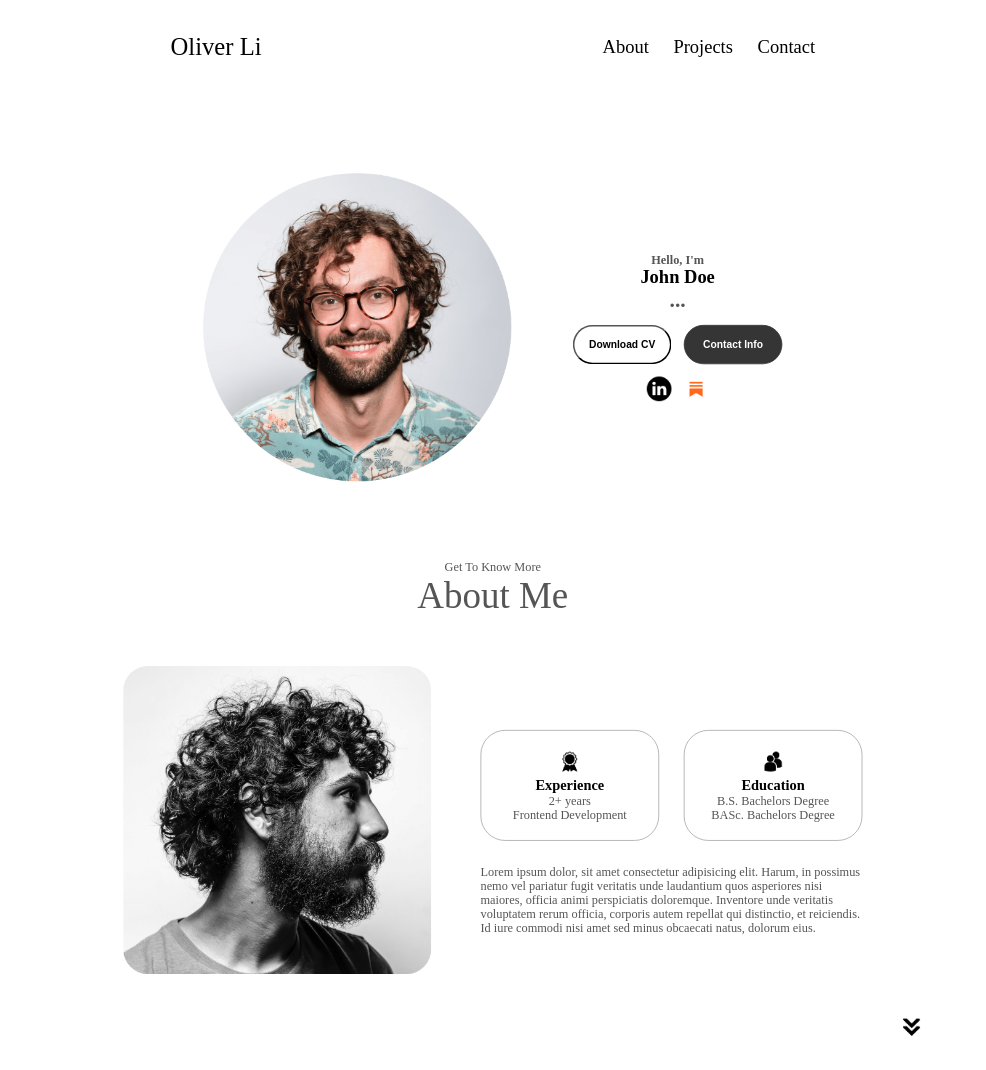
Repository: oliverli1728/portfolio
Page: index.html
The author's editor kept a copy of each file at every save. The page is drawn from the files as they stood at one save, then again after the next save.
The browser window is 1280 px wide. The pictures show the whole page, at 77% of full size.
Some web fonts or font styles are not loaded; a fallback is used.

Above is the page before, as saved 2025-09-25 22:11:40.

### index.html
<!DOCTYPE html>
<html lang="en">
<head>
    <meta charset="UTF-8">
    <meta name="viewport" content="width=device-width, initial-scale=1.0">
    <title>PC</title>
    <link rel="stylesheet" href="style.css">
    <link rel="stylesheet" href="mediaqueries.css">
</head>
    <body>
        <nav id="desktop-nav">
            <div class="logo">Oliver Li</div>
            <div>
                <ul class="nav-links">
                    <li> <a href="#about">About</a></li>
                    <li> <a href="#projects">Projects</a></li>
                    <li> <a href="#contact">Contact</a></li>
                </ul>
            </div>
        </nav>
        <nav id="hamburger-nav">
            <div class="logo">Oliver Li</div>
            <div class="hamburger-menu">
                <div class="hamburger-icon" onclick="toggleMenu()">
                    <span></span>
                    <span></span>
                    <span></span>
                </div>
                <div class="menu-links">
                    <li> <a href="#about" onclick="toggleMenu()">About</a></li>
                    <li> <a href="#projects" onclick="toggleMenu()">Projects</a></li>
                    <li> <a href="#contact" onclick="toggleMenu()">Contact</a></li>
                </div>
            </div>
        </nav>
        <section id="profile">
            <div class="section__pic-container">
                <img src="./assets/profile-pic.png" alt="John Doe profile">
            </div>
        <div class="section__text">
            <p class="section__text__p1">Hello, I'm</p>
            <h1 class="Title">John Doe</h1>
            <p class="section__text__p2">...</p>
            <div class="btn-container">
                <button class="btn btn-color-2"
                onclick="window.open('./assets/resume-example.pdf')">Download CV
            </button>
                <button class="btn btn-color-1"
                onclick="location.href='./#contact'">Contact Info
            </button>
            </div>
            <div id="socials-container">
                <img src="./assets/linkedin.png" alt="LinkedIn"
                class="icon" onclick="location.href='https://www.linkedin.com/in/oliverli1728/'"/>

                <img src="./assets/substack.png" alt="substack"
                class="icon" onclick="location.href='https://substack.com/@oliver1728'"/>

            </div>
        </div>
        </section>

        <section id="about">
            <p class="section__text__p1"> Get To Know More </p>
            <p class="title"> About Me </p>
            <div class="section-container">
                <div class="section__pic-container">
                    <img src="./assets/about-pic.png" alt="about"
                    class="about-pic">
                </div>
                <div class="about-details-container">
                    <div class="about-containers">
                        <div class="details-container">
                            <img src="./assets/experience.png" alt="experience"
                            class="icon">
                        <h3>Experience</h3>
                        <p>2+ years <br> Frontend Development</p>
                        </div>
                    <div class="details-container">
                            <img src="./assets/education.png" alt="education"
                            class="icon">
                        <h3>Education</h3>
                        <p>B.S. Bachelors Degree <br> BASc. Bachelors Degree</p>
                    </div>
                    </div>
                <div class="text-container">
                <p>Lorem ipsum dolor, sit amet consectetur adipisicing elit. Harum, in possimus nemo vel pariatur fugit veritatis unde laudantium quos asperiores nisi maiores, officia animi perspiciatis doloremque. Inventore unde veritatis voluptatem rerum officia, corporis autem repellat qui distinctio, et reiciendis. Id iure commodi nisi amet sed minus obcaecati natus, dolorum eius.</p>
                </div>
                </div>
            </div>
            <img src="./assets/arrow.png" alt="Arrow icon" class="icon arrow"
            onclick="location.href='./#experience'"/>
        </section>


        <script src="script.js"></script>
    </body>
</html>

### style.css
/* General */


@import url('https://fonts.googleapis.com/css2?family=Lusitana:wght@400;700&display=swap');


* {
    margin: 0;
    padding: 0;
}

body {
    font-family: "Lusitana", serif;
    font-weight: 400;
    font-style: normal;
}

html {
    scroll-behavior: smooth;
}

p {
    color: rgb(85, 85, 85);
}

/* transition */

a, .btn {
    transition: all 300ms ease;
}

/* Desktop Nav*/

nav, .nav-links {
    display: flex;
}

nav {
    justify-content: space-around;
    align-items: center;
    height: 17vh;
}

.nav-links {
    gap: 2rem;
    list-style: none;
    font-size: 1.5rem;
}

a {
    color: black;
    text-decoration: none;
    text-decoration-color: white;
}

a:hover {
    color: grey;
    text-decoration: underline;
    text-underline-offset: 0.5rem;
    text-decoration-color: (181, 181, 181);
}

.logo {
    font-size: 2rem;
}

.logo:hover {
    cursor: default;
}


/*Hamburger Menu*/

#hamburger-nav {
    display: none;
}

.hamburger-menu {
    position: relative;
    display: inline-block;
}

.hamburger-icon {
    display: flex;
    flex-direction: column;
    justify-content: space-between;
    height: 24px;
    width: 30px;
    cursor: pointer;
}

.hamburger-icon span {
    width: 100%;
    height: 2px;
    background-color: black;
    transition: all 0.3 ease-in-out;
}

.menu-links {
    position: absolute;
    top: 100%;
    right: 0;
    background-color: white;
    width: fit-content;
    max-height: 0;
    overflow: hidden;
    transition: all 0.3 ease-in-out;
}

.menu-links a {
    display: block;
    padding: 10px;
    text-align: center;
    font-size: 1.5rem;
    color: black;
    text-decoration: none;
    transition: all 0.3 ease-in-out;
}

.menu-links li {
    list-style: none;
}

.menu-links.open {
    max-height: 300px;
}

/* Rotating line into x */
.hamburger-icon.open span:first-child {
    transform: rotate(45deg) translate(10px, 5px)
}

.hamburger-icon.open span:nth-child(2) {
    opacity: 0;
}

.hamburger-icon.open span:last-child {
    transform: rotate(-45deg) translate(10px, -5px)
}

.hamburger-icon span:first-child {
    transform: none;
}

.hamburger-icon span:first-child {
    opacity: 1;
}

.hamburger-icon span:first-child {
    transform: none;
}


/* Sections */


section {
    padding-top: 4vh;
    height: 96vh;
    margin: 0 10rem;
    box-sizing: border-box;
    min-height: fit-content;
}

.section-container {
    display: flex;
}


/* Profile Section */

#profile {
    display: flex;
    justify-content: center;
    gap: 5rem;
    height: 80vh;
}

.section__pic-container {
    display: flex;
    height: 400px;
    width: 400px;
    margin: auto 0;
}

.section__text {
    align-self: center;
    text-align: center;
}

.section__text p {
    font-weight: 600;
}

.section__text__p1 {
    text-align: center;
}

.section__text__p2 {
    font-size: 1.75rem;
    margin-bottom: 1rem;
}

.title {
    font-size: 3rem;
    text-align: center;
}

#socials-container {
    display: flex;
    justify-content: center;
    margin-top: 1rem;
    gap: 1rem;
}

/* ICONS */

.icon {
    cursor: pointer;
    height: 2rem;
}

/* Buttons */

.btn-container {
    display: flex;
    justify-content: center;
    gap: 1rem;
}

.btn {
    font-weight: 600;
    transition: all 300ms ease;
    padding: 1rem;
    width: 8rem;
    border-radius: 2rem;
}

.btn-color-1, btn-color-2 {
    border: rgb(53, 53, 53) 0.1rem solid;

}

.btn-color-1:hover, btn-color-2:hover {
    cursor: pointer;
}

.btn-color-1, btn-color-2:hover {
    background: rgb(53, 53, 53);
    color: white;
}

.btn-color-1:hover {
    background: rgb(0, 0, 0);
}

.btn-color-2 {
    background: none;
}

.btn-color2:hover {
    border: rgb(255, 255, 255) 0.1 rem solid;
}

.btn-container {
    gap: 1rem;
}

/* ABOUT SECTION */

#about {
    position: relative;
}

.about-containers {
    gap: 2rem;
    margin-bottom: 2rem;
    margin-top: 2rem;
}

.about-details-container {
    justify-content: center;
    flex-direction: column;
}

.about-containers, .about-details-container {
    display: flex;
}

.about-pic {
    border-radius: 2rem;
}

.arrow {
    position: absolute;
    right: -5rem;
    bottom: 2.5rem;
}

.details-container {
    padding: 1.5rem;
    flex: 1;
    background: white;
    border-radius: 2rem;
    border: rgb(53,53,53), 0.1rem solid;
    border-color: rgb(163, 163, 163);
    text-align: center;
}

.section-container {
    gap: 4rem;
    height: 80%;
}

.section__pic-container {
    height: 400px;
    width: 400px;
    margin: auto 0;
}

### mediaqueries.css

/*When screen size < 1200px, desktop nav disappears*/
@media screen and (max-width: 1200px) {
    #desktop-nav {
        display: none;
    }
    #hamburger-nav {
        display: flex;
    }
}

### script.js
function toggleMenu() {
    const menu = document.querySelector(".menu-links");
    const icon = document.querySelector(".hamburger-icon");

    menu.classList.toggle("open")
    icon.classList.toggle("open")
}

After the next save:
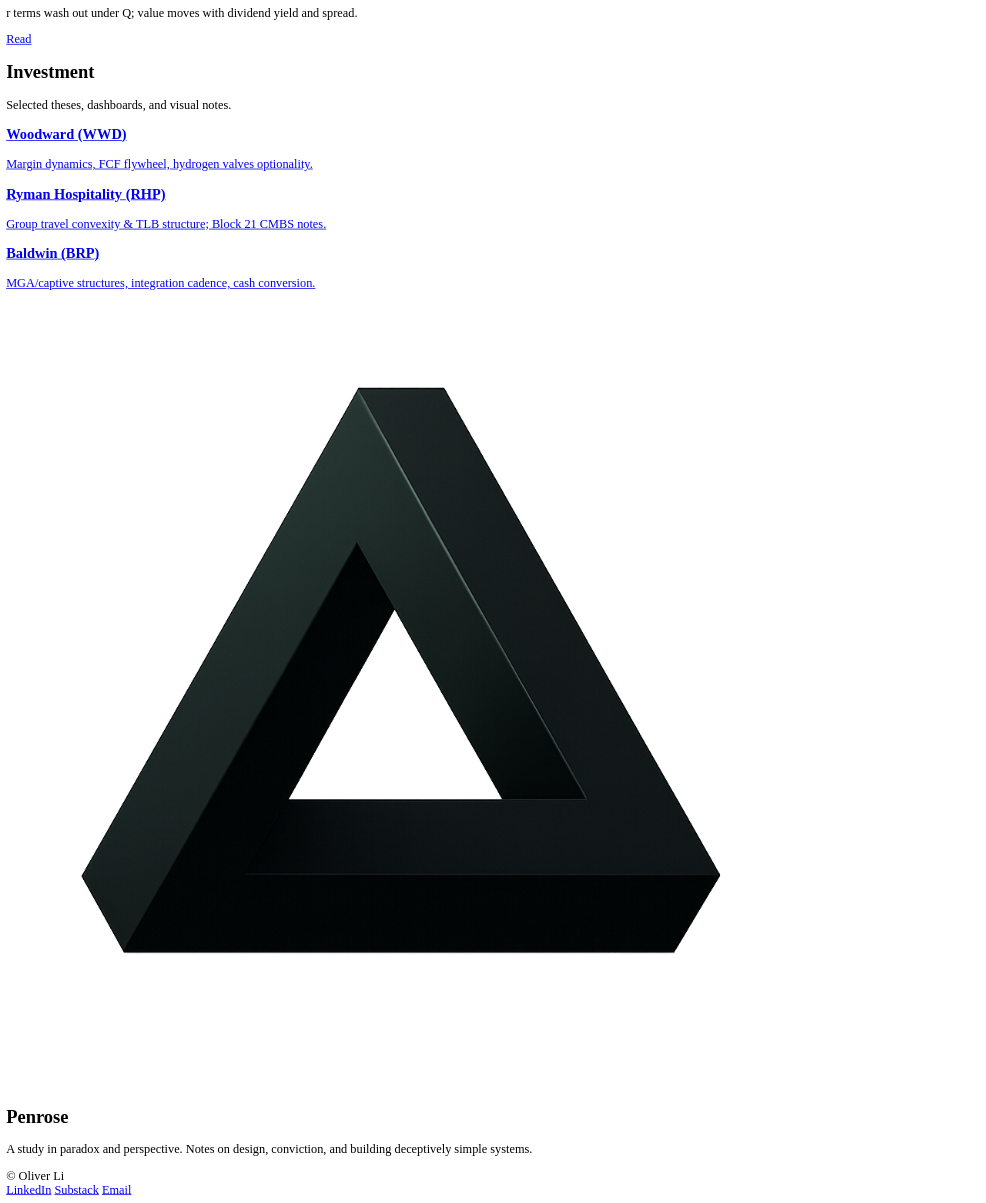
Saved 8 min 49 s later.
--- a/index.html
+++ b/index.html
@@ -1,98 +1,62 @@
-<!DOCTYPE html>
-<html lang="en">
-<head>
-    <meta charset="UTF-8">
-    <meta name="viewport" content="width=device-width, initial-scale=1.0">
-    <title>PC</title>
-    <link rel="stylesheet" href="style.css">
-    <link rel="stylesheet" href="mediaqueries.css">
-</head>
-    <body>
-        <nav id="desktop-nav">
-            <div class="logo">Oliver Li</div>
-            <div>
-                <ul class="nav-links">
-                    <li> <a href="#about">About</a></li>
-                    <li> <a href="#projects">Projects</a></li>
-                    <li> <a href="#contact">Contact</a></li>
-                </ul>
-            </div>
-        </nav>
-        <nav id="hamburger-nav">
-            <div class="logo">Oliver Li</div>
-            <div class="hamburger-menu">
-                <div class="hamburger-icon" onclick="toggleMenu()">
-                    <span></span>
-                    <span></span>
-                    <span></span>
-                </div>
-                <div class="menu-links">
-                    <li> <a href="#about" onclick="toggleMenu()">About</a></li>
-                    <li> <a href="#projects" onclick="toggleMenu()">Projects</a></li>
-                    <li> <a href="#contact" onclick="toggleMenu()">Contact</a></li>
-                </div>
-            </div>
-        </nav>
-        <section id="profile">
-            <div class="section__pic-container">
-                <img src="./assets/profile-pic.png" alt="John Doe profile">
-            </div>
-        <div class="section__text">
-            <p class="section__text__p1">Hello, I'm</p>
-            <h1 class="Title">John Doe</h1>
-            <p class="section__text__p2">...</p>
-            <div class="btn-container">
-                <button class="btn btn-color-2"
-                onclick="window.open('./assets/resume-example.pdf')">Download CV
-            </button>
-                <button class="btn btn-color-1"
-                onclick="location.href='./#contact'">Contact Info
-            </button>
-            </div>
-            <div id="socials-container">
-                <img src="./assets/linkedin.png" alt="LinkedIn"
-                class="icon" onclick="location.href='https://www.linkedin.com/in/oliverli1728/'"/>
 
-                <img src="./assets/substack.png" alt="substack"
-                class="icon" onclick="location.href='https://substack.com/@oliver1728'"/>
+<p>r terms wash out under Q; value moves with dividend yield and spread.</p>
+<footer>
+<a href="#" class="text-link">Read</a>
+</footer>
+</article>
+</div>
+</div>
+</section>
 
-            </div>
-        </div>
-        </section>
+<!-- INVESTMENT -->
+<section id="investment" class="section section--panel" data-rail>
+<div class="container">
+<header class="section-head">
+<h2>Investment</h2>
+<p class="muted">Selected theses, dashboards, and visual notes.</p>
+</header>
 
-        <section id="about">
-            <p class="section__text__p1"> Get To Know More </p>
-            <p class="title"> About Me </p>
-            <div class="section-container">
-                <div class="section__pic-container">
-                    <img src="./assets/about-pic.png" alt="about"
-                    class="about-pic">
-                </div>
-                <div class="about-details-container">
-                    <div class="about-containers">
-                        <div class="details-container">
-                            <img src="./assets/experience.png" alt="experience"
-                            class="icon">
-                        <h3>Experience</h3>
-                        <p>2+ years <br> Frontend Development</p>
-                        </div>
-                    <div class="details-container">
-                            <img src="./assets/education.png" alt="education"
-                            class="icon">
-                        <h3>Education</h3>
-                        <p>B.S. Bachelors Degree <br> BASc. Bachelors Degree</p>
-                    </div>
-                    </div>
-                <div class="text-container">
-                <p>Lorem ipsum dolor, sit amet consectetur adipisicing elit. Harum, in possimus nemo vel pariatur fugit veritatis unde laudantium quos asperiores nisi maiores, officia animi perspiciatis doloremque. Inventore unde veritatis voluptatem rerum officia, corporis autem repellat qui distinctio, et reiciendis. Id iure commodi nisi amet sed minus obcaecati natus, dolorum eius.</p>
-                </div>
-                </div>
-            </div>
-            <img src="./assets/arrow.png" alt="Arrow icon" class="icon arrow"
-            onclick="location.href='./#experience'"/>
-        </section>
+<div class="grid-3">
+<a class="panel" href="#" aria-label="Woodward Thesis">
+<h3>Woodward (WWD)</h3>
+<p>Margin dynamics, FCF flywheel, hydrogen valves optionality.</p>
+</a>
+<a class="panel" href="#" aria-label="Ryman Hospitality">
+<h3>Ryman Hospitality (RHP)</h3>
+<p>Group travel convexity & TLB structure; Block 21 CMBS notes.</p>
+</a>
+<a class="panel" href="#" aria-label="Baldwin Insurance Group">
+<h3>Baldwin (BRP)</h3>
+<p>MGA/captive structures, integration cadence, cash conversion.</p>
+</a>
+</div>
+</div>
+</section>
 
+<!-- PENROSE -->
+<section id="penrose" class="section section--penrose" data-rail>
+<div class="container penrose-wrap">
+<img src="assets/penrose-logo.png" alt="Penrose triangle logo" class="penrose-logo" />
+<div class="penrose-copy">
+<h2>Penrose</h2>
+<p>A study in paradox and perspective. Notes on design, conviction, and building deceptively simple systems.</p>
+</div>
+</div>
+</section>
+</main>
 
-        <script src="script.js"></script>
-    </body>
+<!-- Footer -->
+<footer class="site-footer">
+<div class="container footer-grid">
+<span>© <span id="year"></span> Oliver Li</span>
+<div class="socials">
+<a href="https://www.linkedin.com/in/oliverli1728/" target="_blank" rel="noopener">LinkedIn</a>
+<a href="https://substack.com/@oliver1728" target="_blank" rel="noopener">Substack</a>
+<a href="mailto:oliver@example.com">Email</a>
+</div>
+</div>
+</footer>
+
+<script src="script.js"></script>
+</body>
 </html>
